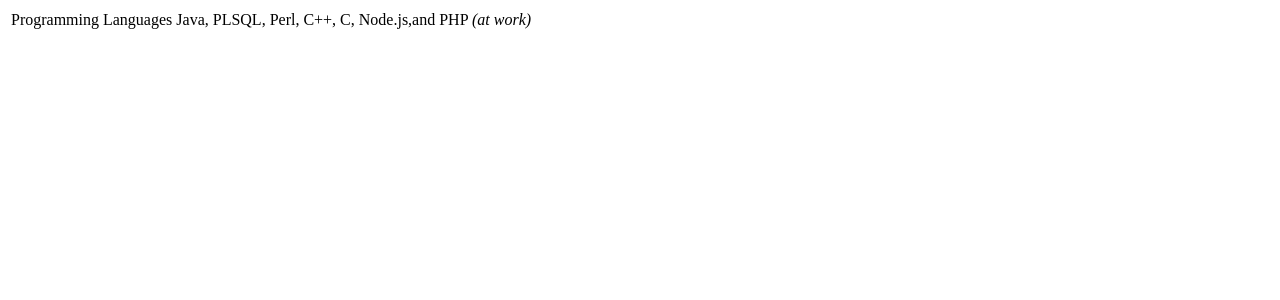
Repository: phanindrakannaji/Resume
Page: http://localhost/application/pages/skills.php
An editor plug-in stored every save of this project. The page is shown before and after the next save, followed by the edit.
The browser window is 1280 px wide. The pictures show the whole page.
The page is run by PHP 8.4 with error messages shown; the project is at /var/www/html/.

Above is the page before, as saved 2016-09-25 20:27:54.
Console error: ReferenceError: $ is not defined

After the next save:
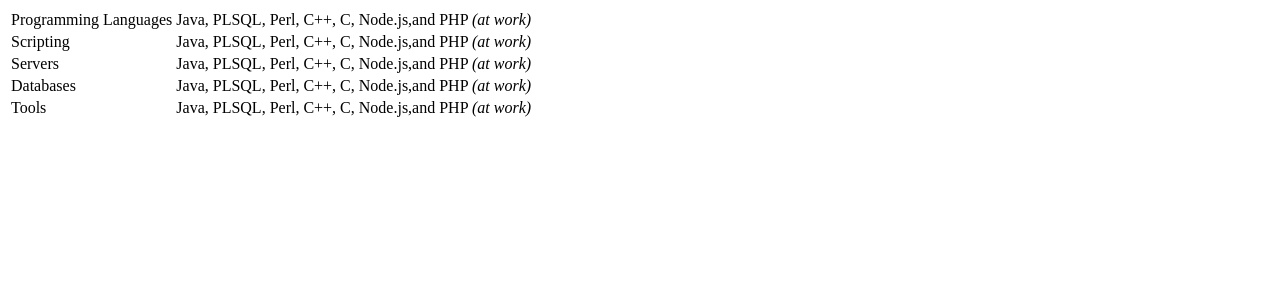
Saved 40 s later.
--- a/Resume/application/pages/skills.php
+++ b/Resume/application/pages/skills.php
@@ -9,5 +9,37 @@
 Java, PLSQL, Perl, C++, C, Node.js,and PHP <i>(at work)</i>
 </td>
 </tr>
+<tr class="skillsRow">
+<td class="skillsHeading">
+Scripting
+</td>
+<td class="skillsContent">
+Java, PLSQL, Perl, C++, C, Node.js,and PHP <i>(at work)</i>
+</td>
+</tr>
+<tr class="skillsRow">
+<td class="skillsHeading">
+Servers
+</td>
+<td class="skillsContent">
+Java, PLSQL, Perl, C++, C, Node.js,and PHP <i>(at work)</i>
+</td>
+</tr>
+<tr class="skillsRow">
+<td class="skillsHeading">
+Databases
+</td>
+<td class="skillsContent">
+Java, PLSQL, Perl, C++, C, Node.js,and PHP <i>(at work)</i>
+</td>
+</tr>
+<tr class="skillsRow">
+<td class="skillsHeading">
+Tools
+</td>
+<td class="skillsContent">
+Java, PLSQL, Perl, C++, C, Node.js,and PHP <i>(at work)</i>
+</td>
+</tr>
 </tbody>
 </table>
